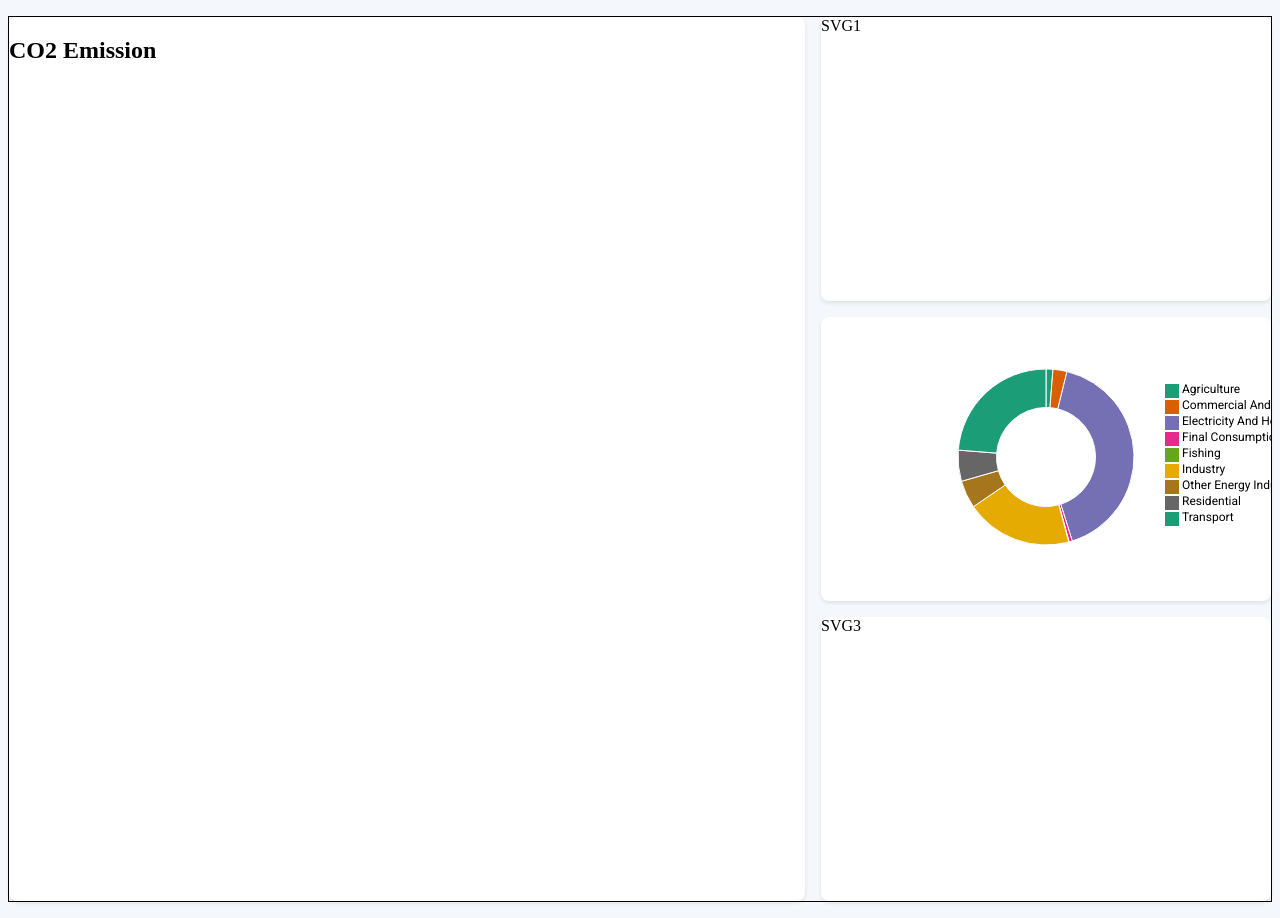
Repository: losmarco/CO2-Emission-Data-Dashboard
Page: index.html
An editor plug-in stored every save of this project. The page is shown before and after the next save, followed by the edit.
The browser window is 1280 px wide. The pictures show the whole page.
The style sheet was rebuilt from its Sass, Less or Tailwind sources for each picture, by a compiler version that may differ from the author's.

Above is the page before, as saved 2020-03-29 17:37:21.

### index.html
<!DOCTYPE html>
<html lang="en">
<head>
    <meta charset="UTF-8">
    <meta name="viewport" content="width=device-width, initial-scale=1.0">
    <meta http-equiv="X-UA-Compatible" content="ie=edge">
    <title>CO2 Emission Data Chart</title>

    <link rel="stylesheet" href="style.css">
    <script src="https://d3js.org/d3.v5.min.js"></script>
</head>
<body>
    <div class="container">
        <div class="card main_graph">
            <h2>CO2 Emission</h2>
        </div>


        <div class="card graph1">SVG1</div>
        <div class="card graph2">
            <div id="donut"></div>
        </div>
        <div class="card graph3">SVG3</div>
    </div>
</body>
    <script src="javascript/master.js"></script>
    <script src="javascript/chart.js"></script>
</html>

### javascript/master.js
//Parsing CSV file

### javascript/chart.js
//This document is for d3 related script ( ͡° ͜ʖ ͡°)

//Donut Chart
// set the dimensions and margins of the graph
var width = 450
    height = 280
    margin = 30
// The radius of the pieplot is half the width or half the height (smallest one). I subtract a bit of margin.
var radius = Math.min(width, height) / 2 - margin

//append the svg object to the div called 'donut'
var svg = d3.select("#donut")
            .append("svg")
            .attr("width", width)
            .attr("height", height)
            .append("g")
            .attr("transform", "translate(" + width / 2 + "," + height / 2 + ")");




//Color
var color = d3.scaleOrdinal()
.domain(["Agriculture",
        "Commercial And Public Services",
        "Electricity And Heat Producers",
        "Final Consumption Not Else where Specified",
        "Fishing",
        "Industry",
        "Other Energy Industries",
        "Residential",
        "Transport"])
.range(d3.schemeDark2);

d3.csv("data/world-sector.csv")
  .then(function(csvdata){

    var latestData = csvdata[csvdata.length - 1];

    var agri = parseInt(latestData.agriculture),
        cap = parseInt(latestData.commercialAndPublicServices),
        eahp = parseInt(latestData.electricityAndHeatProducers),
        fcnes = parseInt(latestData.finalConsumptionNotElsewhereSpecified),
        fishing = parseInt(latestData.fishing),
        industry = parseInt(latestData.industry),
        oei = parseInt(latestData.otherEnergyIndustries),
        residential = parseInt(latestData.residential),
        transport = parseInt(latestData.transport);

  const total = (agri + cap + eahp + fcnes + fishing + industry + oei + residential + transport);

  const percent = 100;

  var agri = ((agri/total) * percent).toFixed(2),
      cap = ((cap/total) * percent).toFixed(2),
      eahp = ((eahp/total) * percent).toFixed(2),
      fcnes = ((fcnes/total) * percent).toFixed(2),
      fishing = ((fishing/total) * percent).toFixed(2),
      industry = ((industry/total) * percent).toFixed(2),
      oei = ((oei/total) * percent).toFixed(2),
      residential = ((residential/total) * percent).toFixed(2),
      transport = ((transport/total) * percent).toFixed(2);


  //Final Data
  var data = {"Agriculture": agri,
              "Commercial And Public Services": cap,
              "Electricity And Heat Producers": eahp,
              "Final Consumption Not Else where Specified":fcnes ,
              "Fishing": fishing,
              "Industry":industry,
              "Other Energy Industries": oei,
              "Residential":residential,
              "Transport":transport
            }

  // Compute the position of each group on the pie:
  var pie = d3.pie()
    .sort(null) // Do not sort group by size
    .value(function(d) {return d.value; })
  var data_ready = pie(d3.entries(data))

  // The arc generator + hole size
  var arc = d3.arc()
    .innerRadius(radius * 0.45)
    .outerRadius(radius * 0.8)

  // Build the pie chart: Basically, each part of the pie is a path that we build using the arc function.
  svg.selectAll('allSlices')
      .data(data_ready)
      .enter()
      .append('path')
      .attr('d', arc)
      .attr('fill', function(d){ return(color(d.data.key)) })
      .attr("stroke", "white")
      .attr("transform", "translateX(" + 20 + ")")
      .style("stroke-width", "1px")
      .style("opacity", 1)


})//closing tag for d3.csv

//Legend
var legendRectSize = 12;
var legendSpacing = 4;

var legend = svg.selectAll('.legend')
                .data(color.domain())
                .enter()
                .append('g')
                .attr('class', 'legend')
                .attr('transform', function(d, i) {
                  var height = legendRectSize + legendSpacing;
                  var offset =  height * color.domain().length / 2;
                  var horz = 10 * legendRectSize;
                  var vert = i * height - offset;
                  return 'translate(' + horz + ',' + vert + ')';
});


legend.append('rect')
  .attr('width', legendRectSize)
  .attr('height', legendRectSize)
  .style('fill', color)
  .style('stroke', color);

legend.append('text')
  .attr('x', legendRectSize + legendSpacing )
  .attr('y', legendRectSize - legendSpacing)
  .text(function(d) { return d; });


//End of Donut Chart


  // Add the polylines between chart and labels:
  // svg
  //   .selectAll('allPolylines')
  //   .data(data_ready)
  //   .enter()
  //   .append('polyline')
  //     .attr("stroke", "black")
  //     .style("fill", "none")
  //     .attr("stroke-width", 1)
  //     .attr('points', function(d) {
  //       var posA = arc.centroid(d) // line insertion in the slice
  //       var posB = outerArc.centroid(d) // line break: we use the other arc generator that has been built only for that
  //       var posC = outerArc.centroid(d); // Label position = almost the same as posB
  //       var midangle = d.startAngle + (d.endAngle - d.startAngle) / 2 // we need the angle to see if the X position will be at the extreme right or extreme left
  //       posC[0] = radius * 0.95 * (midangle < Math.PI ? 1 : -1); // multiply by 1 or -1 to put it on the right or on the left
  //       return [posA, posB, posC]
  //     })

  // Add the polylines between chart and labels:
  // svg
  //   .selectAll('allLabels')
  //   .data(data_ready)
  //   .enter()
  //   .append('text')
  //     .text( function(d) { console.log(d.data.key) ; return d.data.key } )
  //     .attr('transform', function(d) {
  //         var pos = outerArc.centroid(d);
  //         var midangle = d.startAngle + (d.endAngle - d.startAngle) / 2
  //         pos[0] = radius * 0.99 * (midangle < Math.PI ? 1 : -1);
  //         return 'translate(' + pos + ')';
  //     })
  //     .style('text-anchor', function(d) {
  //         var midangle = d.startAngle + (d.endAngle - d.startAngle) / 2
  //         return (midangle < Math.PI ? 'start' : 'end')
  //     })

### style.scss
//Google Font
@import url('https://fonts.googleapis.com/css2?family=Roboto:ital,wght@0,100;0,300;0,400;0,500;0,700;0,900;1,100;1,300;1,400;1,500;1,700;1,900&display=swap');

// Font
@mixin header{
    font-family: 'Roboto', sans-serif;
    font-weight: 700;
}
@mixin text{
    font-family: 'Roboto', sans-serif;
    font-weight: 500;
    font-size: 12px;
}

// Color
$backgroun-white:#f4f7fc;
$white: #ffffff;
$grey: #828f95;
$black: #252831;
$purple: #7b43a1;
$orange: #ff9824;
$pink: #f2317a;
$primary-green:#58cf6c;
$secondary-green: #43a19e;

//Card
@mixin card-background{
    background-color: $white;
    border-radius: 8px;
    box-shadow: 0 2px 4px rgba(0,0,0,0.04), 0 2px 4px rgba(0,0,0,0.06);
}

body{
    background: $backgroun-white;
}

.container{
    display:grid;
    grid-template-rows: repeat(3, 1fr);
    grid-template-columns:repeat(4, 1fr);
    grid-gap: 1em;
    border: 1px solid black;
    margin: 1em auto;
}

.main_graph{
    grid-row:1/4;
    grid-column: 1/4;
}

.graph1{
    grid-row:1/2;
    grid-column: 4/5;
}

.graph2{
    grid-row:2/3;
    grid-column: 4/5;
    width: 450px;
    left:-200px;

    .legend {
        font-family: 'Roboto', sans-serif;
        font-size: 12px;
        font-weight:400;
    }
    rect {
        stroke-width: 2;
    }


}

.graph3{
    grid-row:3/4;
    grid-column: 4/5;
}

.card{
    @include card-background;
}
svg{
    margin: 0 auto;

}

After the next save:
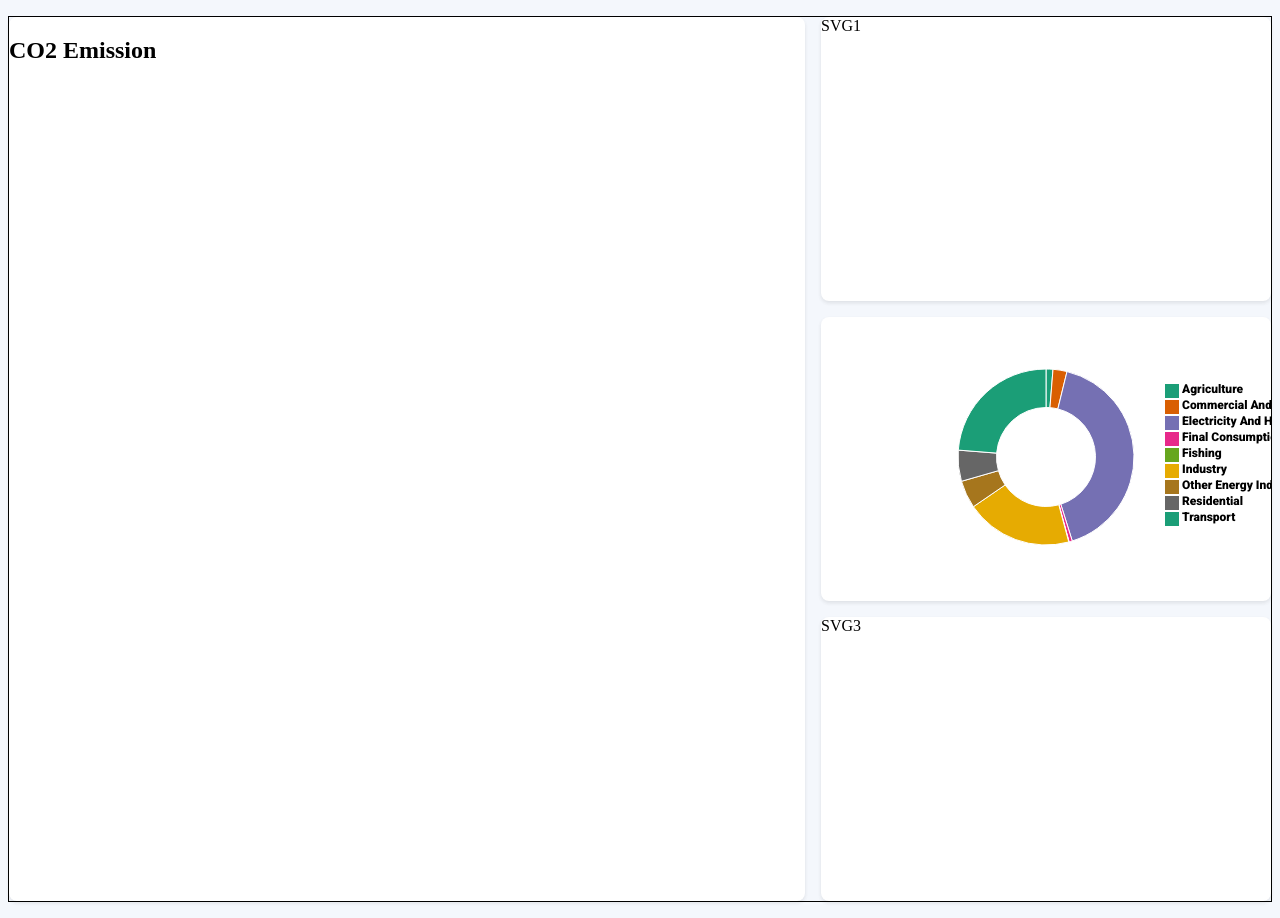
Saved 20 s later.
--- a/style.scss
+++ b/style.scss
@@ -62,7 +62,7 @@
     .legend {
         font-family: 'Roboto', sans-serif;
         font-size: 12px;
-        font-weight:400;
+        font-weight:900;
     }
     rect {
         stroke-width: 2;

After the save that followed:
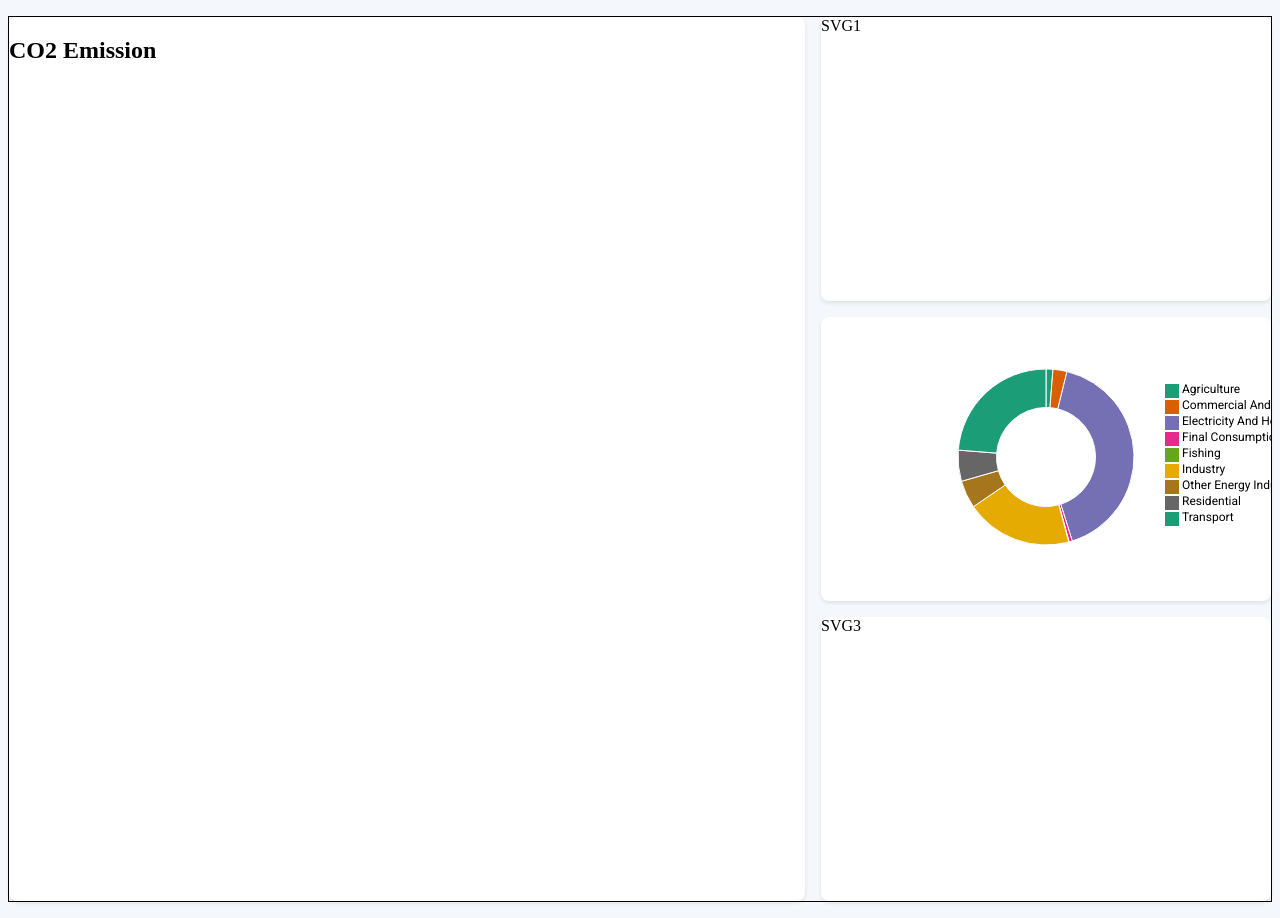
Saved 30 s later.
--- a/style.scss
+++ b/style.scss
@@ -62,7 +62,7 @@
     .legend {
         font-family: 'Roboto', sans-serif;
         font-size: 12px;
-        font-weight:900;
+        font-weight:400;
     }
     rect {
         stroke-width: 2;
